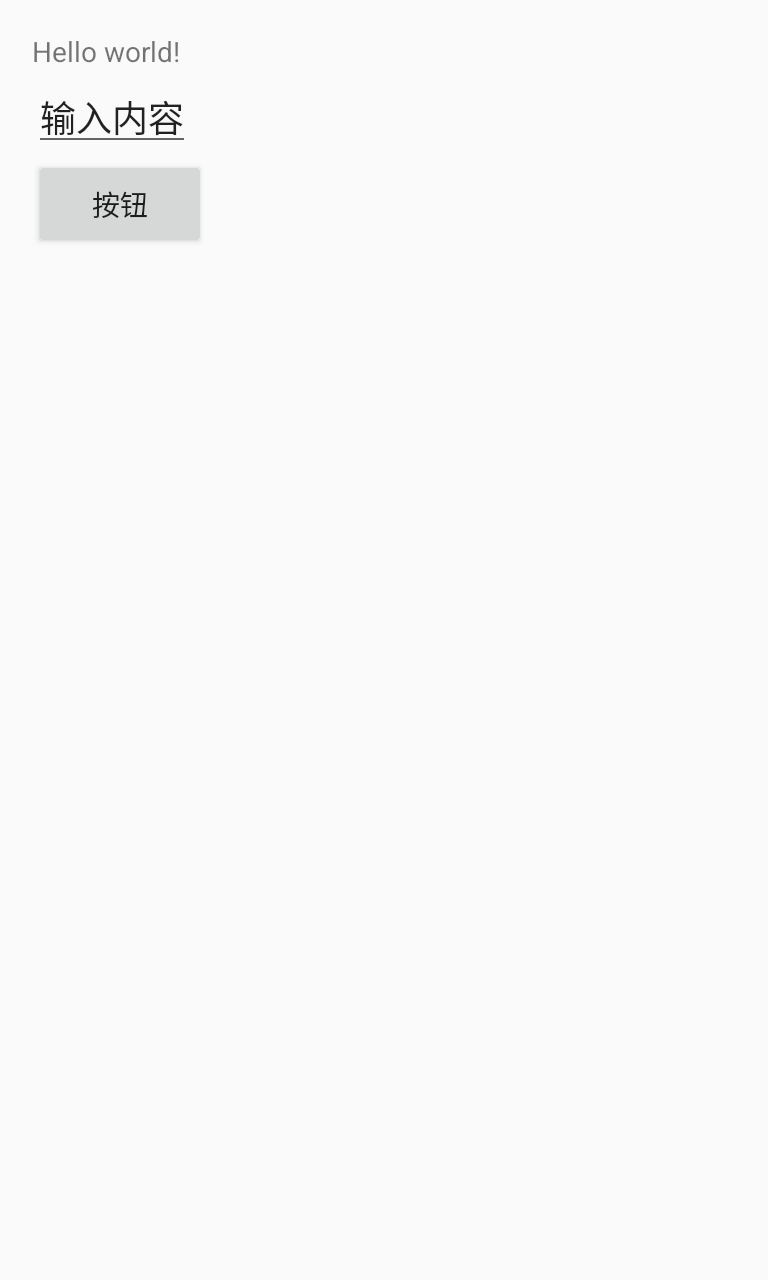
Repository: zzznn/Android_and_java
Layout: work/Sp/res/layout/activity_main.xml
The author's editor kept a copy of each file at every save. The layout is drawn from the files as they stood at one save, then again after a run of saves.
It is drawn on a 768 x 1280 px phone screen (xhdpi) without system bars, with theme AppTheme; the app's code is not run.

Above is the layout before, as saved 2018-01-05 03:28:10.

After the next 4 saves:
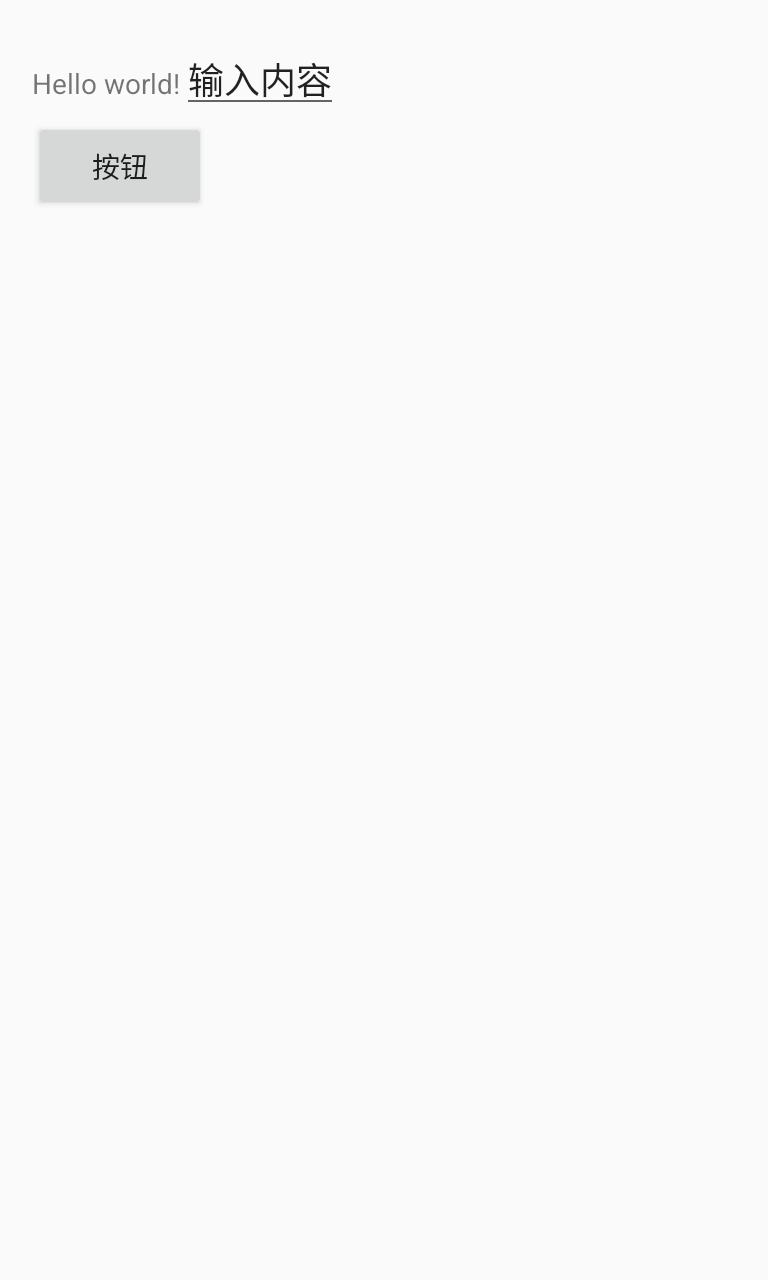
The 4 saves are shown as one change because 3 did not build or start.
The last was saved 2 min 48 s later.
--- a/work/Sp/res/layout/activity_main.xml
+++ b/work/Sp/res/layout/activity_main.xml
@@ -8,6 +8,9 @@
     android:paddingTop="@dimen/activity_vertical_margin"
     android:orientation="vertical"
     tools:context="com.example.sp.MainActivity" >
+<LinearLayout
+    android:layout_width="wrap_content"
+    android:layout_height="wrap_content">
 
     <TextView
         android:layout_width="wrap_content"
@@ -20,7 +23,7 @@
         android:layout_height="wrap_content"
         android:text="输入内容" />
         />
-
+        </LinearLayout>
     <Button
         android:id="@+id/btn"
         android:layout_width="wrap_content"
